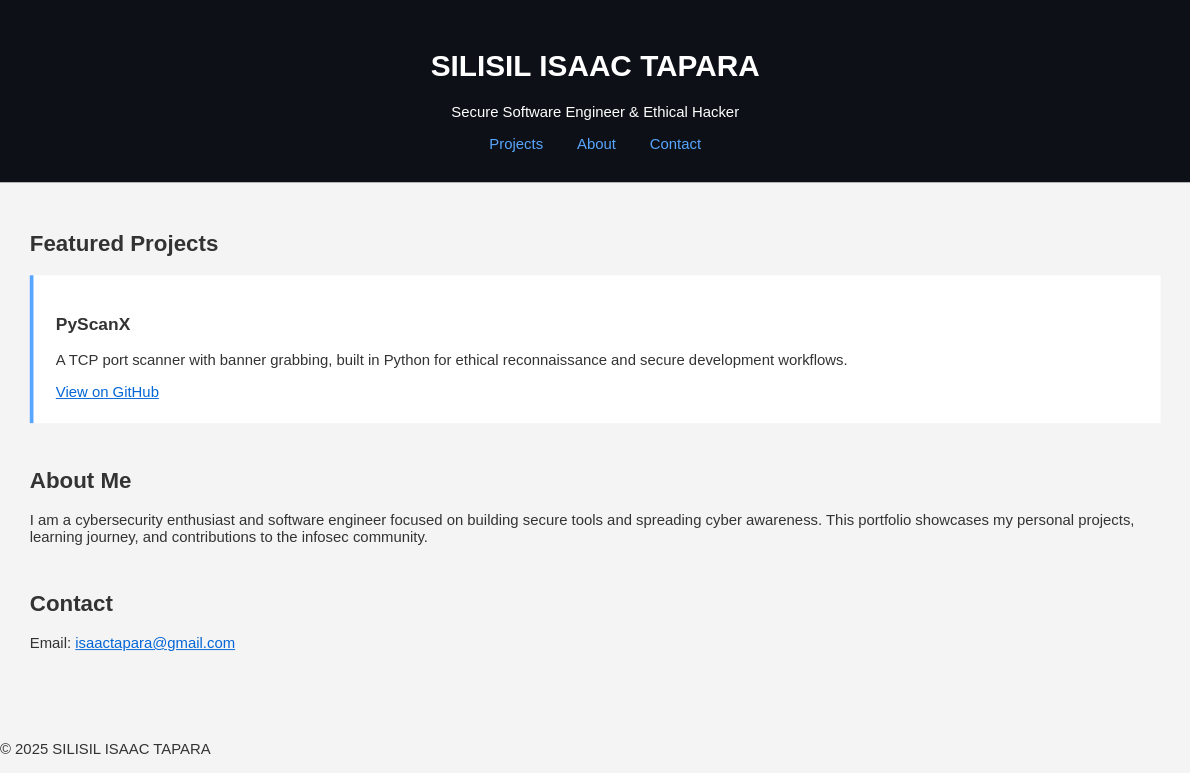
Repository: isaactapara/isaactapara.github.io
Page: index.html
The author's editor kept a copy of each file at every save. The page is drawn from the files as they stood at one save, then again after the next save.
The browser window is 1280 px wide. The pictures show the whole page, at 93% of full size.

Above is the page before, as saved 2025-07-17 10:12:30.

### index.html
<!DOCTYPE html>
<html lang="en">
<head>
  <meta charset="UTF-8" />
  <meta name="viewport" content="width=device-width, initial-scale=1.0"/>
  <title>SILISIL ISAAC TAPARA | Cybersecurity Portfolio</title>
  <link rel="stylesheet" href="style.css" />
  <link href="https://fonts.googleapis.com/css2?family=Inter:wght@400;600;700&display=swap" rel="stylesheet" />
</head>
<body>
  <header>
    <div class="container">
      <h1>SILISIL ISAAC TAPARA</h1>
      <p class="subtitle">Secure Software Engineer & Ethical Hacker</p>
      <nav>
        <a href="#projects">Projects</a>
        <a href="#about">About</a>
        <a href="#contact">Contact</a>
      </nav>
    </div>
  </header>

  <main class="container">
    <section id="projects">
      <h2>Featured Projects</h2>

      <div class="project-card">
        <h3>PyScanX</h3>
        <p>A TCP port scanner with banner grabbing, built in Python for ethical reconnaissance and secure development workflows.</p>
        <a href="https://github.com/isaactapara/PyScanx" target="_blank">View on GitHub</a>
      </div>

    </section>

    <section id="about">
      <h2>About Me</h2>
      <p>I am a cybersecurity enthusiast and software engineer focused on building secure tools and spreading cyber awareness. This portfolio showcases my personal projects, learning journey, and contributions to the infosec community.</p>
    </section>

    <section id="contact">
      <h2>Contact</h2>
      <p>Email: <a href="mailto:isaactapara@gmail.com">isaactapara@gmail.com</a></p>
    </section>
  </main>

  <footer>
    <div class="container">
      <p>&copy; 2025 SILISIL ISAAC TAPARA</p>
    </div>
  </footer>
</body>
</html>

### style.css
body {
  font-family: Arial, sans-serif;
  margin: 0;
  background: #f4f4f4;
  color: #333;
}

header {
  background: #0d1117;
  color: #fff;
  padding: 2rem;
  text-align: center;
}

nav a {
  color: #58a6ff;
  margin: 0 1rem;
  text-decoration: none;
}

main {
  padding: 2rem;
}

section {
  margin-bottom: 3rem;
}

.project-card {
  background: #fff;
  padding: 1.5rem;
  border-left: 4px solid #58a6ff;
  margin-top: 1rem;
}

a {
  color: #0366d6;
}

After the next save:
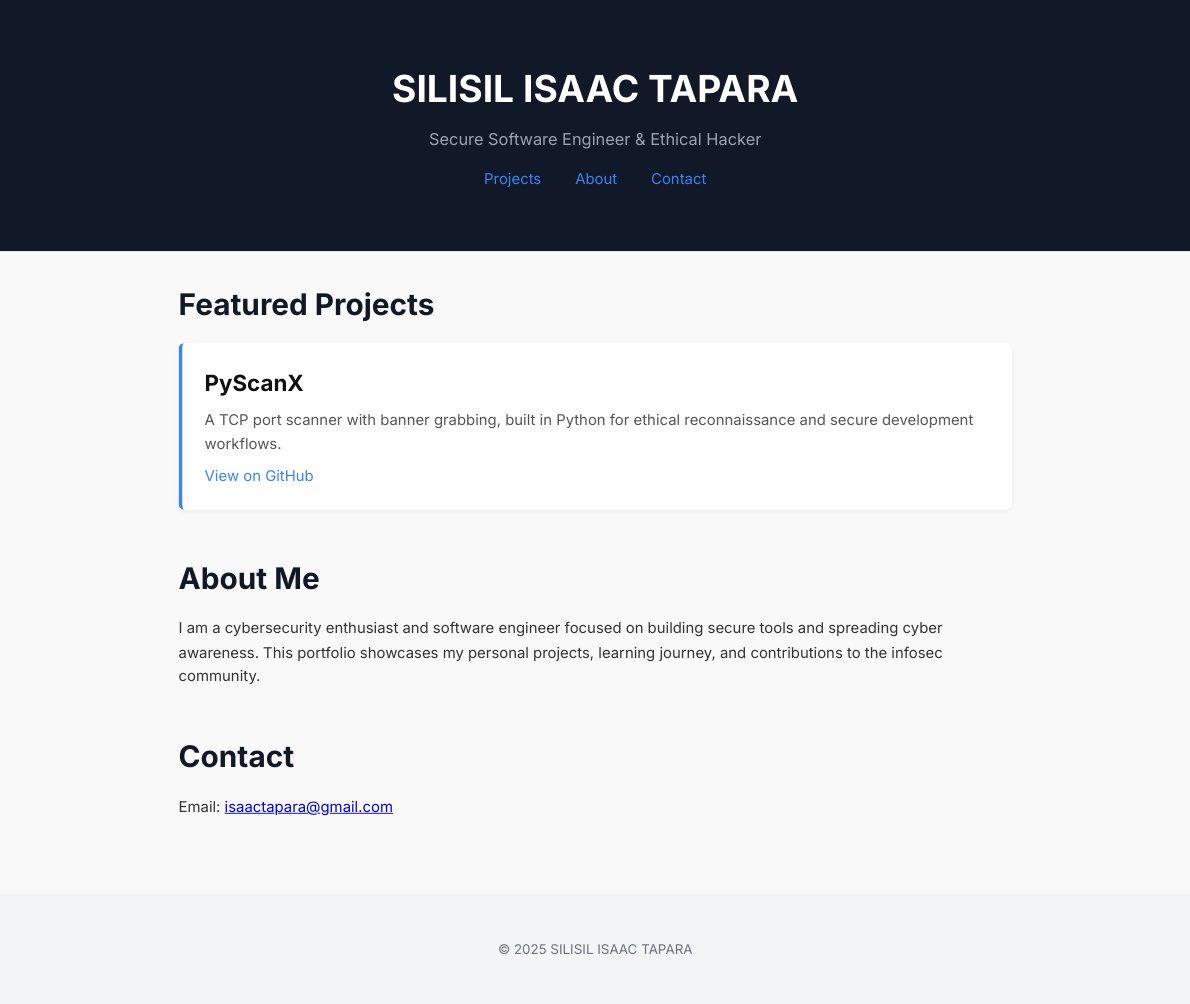
Saved 7 s later.
--- a/style.css
+++ b/style.css
@@ -1,38 +1,98 @@
+* {
+  box-sizing: border-box;
+  margin: 0;
+  padding: 0;
+}
+
 body {
-  font-family: Arial, sans-serif;
-  margin: 0;
-  background: #f4f4f4;
+  font-family: 'Inter', sans-serif;
+  background: #f9f9f9;
   color: #333;
+  line-height: 1.6;
+}
+
+.container {
+  max-width: 960px;
+  margin: 0 auto;
+  padding: 2rem;
 }
 
 header {
-  background: #0d1117;
-  color: #fff;
-  padding: 2rem;
+  background: #111827;
+  color: white;
+  padding: 2rem 0;
   text-align: center;
 }
 
+header h1 {
+  font-size: 2.5rem;
+  margin-bottom: 0.5rem;
+}
+
+.subtitle {
+  font-size: 1.1rem;
+  color: #9ca3af;
+}
+
+nav {
+  margin-top: 1rem;
+}
+
 nav a {
-  color: #58a6ff;
   margin: 0 1rem;
+  color: #3b82f6;
+  text-decoration: none;
+  font-weight: 500;
+}
+
+nav a:hover {
+  text-decoration: underline;
+}
+
+main section {
+  margin-bottom: 3rem;
+}
+
+h2 {
+  font-size: 2rem;
+  color: #111827;
+  margin-bottom: 1rem;
+}
+
+.project-card {
+  background: white;
+  padding: 1.5rem;
+  border-left: 4px solid #3b82f6;
+  box-shadow: 0 2px 5px rgba(0,0,0,0.05);
+  margin-bottom: 1.5rem;
+  border-radius: 6px;
+}
+
+.project-card h3 {
+  font-size: 1.5rem;
+  color: #111;
+  margin-bottom: 0.5rem;
+}
+
+.project-card p {
+  color: #555;
+  margin-bottom: 0.5rem;
+}
+
+.project-card a {
+  color: #3b82f6;
+  font-weight: 500;
   text-decoration: none;
 }
 
-main {
-  padding: 2rem;
+.project-card a:hover {
+  text-decoration: underline;
 }
 
-section {
-  margin-bottom: 3rem;
+footer {
+  background: #f3f4f6;
+  text-align: center;
+  padding: 1rem;
+  font-size: 0.9rem;
+  color: #6b7280;
 }
-
-.project-card {
-  background: #fff;
-  padding: 1.5rem;
-  border-left: 4px solid #58a6ff;
-  margin-top: 1rem;
-}
-
-a {
-  color: #0366d6;
-}
